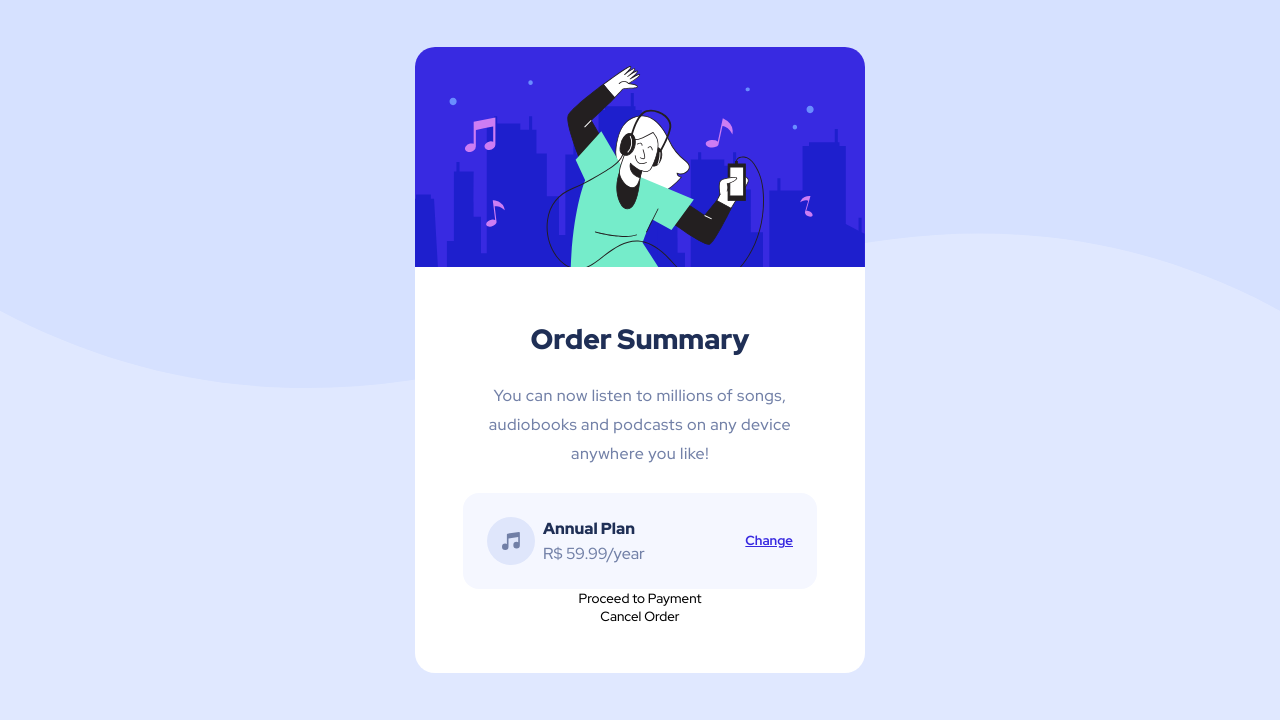
Repository: gccavalheiro/order-summary-card
Page: index.html
An editor plug-in stored every save of this project. The page is shown before and after the next save, followed by the edit.
The browser window is 1280 px wide. The pictures show the whole page.

Above is the page before, as saved 2021-12-17 02:23:16.

### index.html
<!DOCTYPE html>
<html lang="en">

<head>
  <meta charset="UTF-8" />
  <meta http-equiv="X-UA-Compatible" content="IE=edge" />
  <meta name="viewport" content="width=device-width, initial-scale=1.0" />
  <link rel="preconnect" href="https://fonts.googleapis.com">
  <link rel="preconnect" href="https://fonts.gstatic.com" crossorigin>
  <link href="https://fonts.googleapis.com/css2?family=Red+Hat+Display:wght@500;700;900&display=swap" rel="stylesheet">
  <link rel="icon" type="image/png" sizes="32x32" href="./images/favicon-32x32.png" />
  <title>Frontend Mentor | Order summary card</title>
  <link rel="stylesheet" href="./assets/css/main.css" />
</head>

<body>
  <main>
    <div class="card">
      <div class="card-header">
        <img src="./assets/images/illustration-hero.svg" alt="Illustration Woman">
      </div>
      <div class="card-body">
        <div class="card-info">
          <h1>Order Summary</h1>
          <p>You can now listen to millions of songs,
            audiobooks and podcasts on any device
            anywhere you like! </p>
        </div>
        <div class="card-plan">
          <div class="card-plan-detail">
            <div class="card-plan-icon-detail">
              <img src="./assets/images/icon-music.svg" alt="Icon Music" />
            </div>
            <div class="card-plan-info-detail">
              <h2>Annual Plan</h2>
              <p>R$ 59.99/year</p>
            </div>
          </div>
          <button class="card-plan-button">Change</button>
        </div>
        <button class="card-button-payment">Proceed to Payment</button>
        <button class="card-button-cancel">Cancel Order</button>
      </div>
    </div>
  </main>
</body>

</html>

### assets/css/main.css
:root {
  --primary-pale-blue: hsl(225, 100%, 94%);
  --secondary-bright-blue: hsl(245, 75%, 52%);
  --very-pale-blue:hsl(225, 100%, 98%);
  --desaturated-blue: hsl(224, 23%, 55%);
  --dark-blue: hsl(223, 47%, 23%);
  --variant-blue: hsl(245, 83%, 68%);
  --white: hsl(0, 0%, 100%);
}

* {
  margin: 0;
  padding: 0;
  outline: 0;
  box-sizing: border-box;
  text-rendering: optimizeLegibility;
  -webkit-font-smoothing: antialiased;
  -moz-osx-font-smoothing: grayscale;
}

body {
  font-family: 'Red Hat Display', sans-serif;
  font-size: 1rem;
  background-color: var(--primary-pale-blue);
  background-image: url('../images/pattern-background-desktop.svg');
  background-repeat: no-repeat;
  background-position: top center;
  background-size: contain;
}

img {
  width: 100%;
}

button {
  font-family: 'Red Hat Display', sans-serif;
  border: 0;
  cursor: pointer;
  background-color: transparent;
}

main {
  display: flex;
  align-items: center;
  justify-content: center;
  width: 100%;
  height: 100vh;
}

.card {
  display: flex;
  flex-direction: column;
  width: 100%;
  max-width: 450px;
  border-radius: 20px;
  background-color: var(--white);
}

.card-header {
  width: 100%;
  border-top-left-radius: 20px;
  border-top-right-radius: 20px;
  overflow: hidden;
}

.card-body {
  display: flex;
  flex-direction: column;
  align-items: center;
  padding: 48px;
}

.card-info {
  display: flex;
  flex-direction: column;
  align-items: center;
  text-align: center;
}

.card-info h1{
  font-size: 1.75rem;
  color: var(--dark-blue);
  font-weight: 900;
}

.card-info p{
  font-size: 1rem;
  color: var(--desaturated-blue);
  font-weight: 500;
  letter-spacing: 0.03em;
  line-height: 1.8;
  margin: 24px 0;
}



.card-plan {
  display: flex;
  align-items: center;
  justify-content: space-between;
  width: 100%;
  background-color: var(--very-pale-blue);
  padding: 24px;
  border-radius: 16px;
}

.card-plan-detail {
  display: flex;
  align-items: center;
}

.card-plan-icon-detail {
  width: 48px;
  height: 48px;
  min-width: 48px;
  min-height: 48px;
  border-radius: 50%;
  margin-right: 8px;
}

.card-plan-icon-detail img {
  object-fit: cover;
}

.card-plan-info-detail {
  display: flex;
  flex-direction: column;
}

.card-plan-info-detail h2, .card-plan-info-detail p {
  font-size: 1rem;
}
.card-plan-info-detail h2 {
  font-weight: 900;
  color: var(--dark-blue);
  margin-bottom: 4px;
}

.card-plan-info-detail p {
  color: var(--desaturated-blue);
  font-size: 700;
}
.card-plan-button {
  font-size: .825rem;
  color: var(--secondary-bright-blue);
  background-color: transparent;
  text-decoration: underline;
  font-weight: 700;
  border: 0;
  transition: .3s;
}

.card-plan-button:hover {
  color: var(--variant-blue);
}
.card-button-payment{}
.card-button-cancel{}

After the next save:
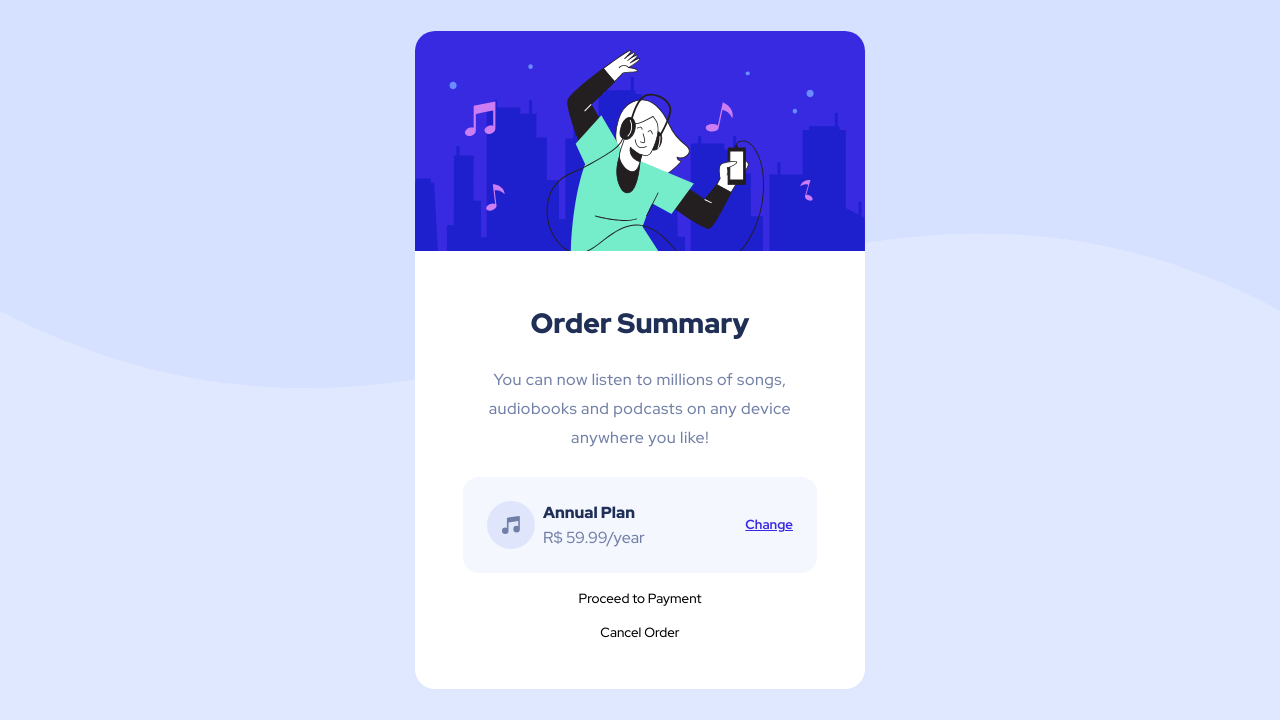
Saved 59 s later.
--- a/assets/css/main.css
+++ b/assets/css/main.css
@@ -153,5 +153,8 @@ main {
 .card-plan-button:hover {
   color: var(--variant-blue);
 }
-.card-button-payment{}
+.card-button-payment{
+  padding: 16px 0;
+  width: 100%;
+}
 .card-button-cancel{}
